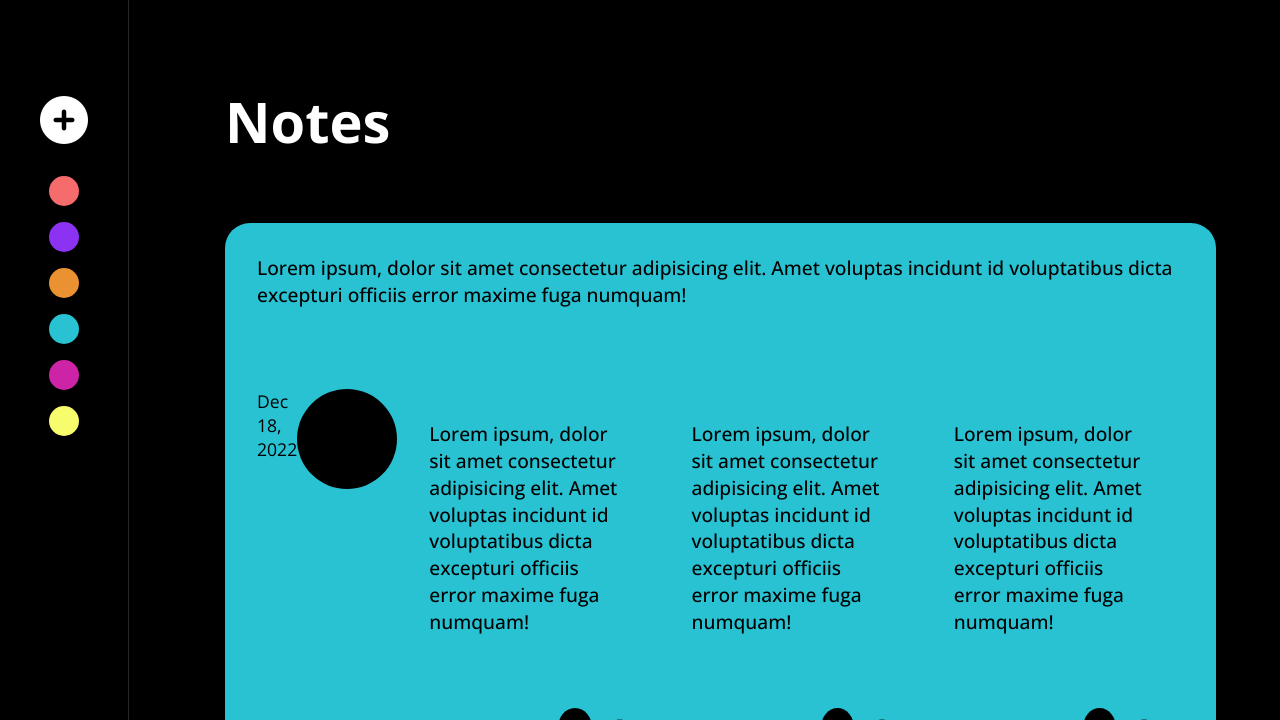
Repository: emiliaiwu/notes_app
Page: index.html
These files come from the project's save history. The page is drawn as it stood at one moment and after the next save; the edit follows.
The browser window is 1280 px wide. The pictures show the whole page.
An inner scrolling area shows only its first screen. Some web libraries are served in a nearby version.

Above is the page before, as saved 2022-12-19 23:43:51.

After the next save:
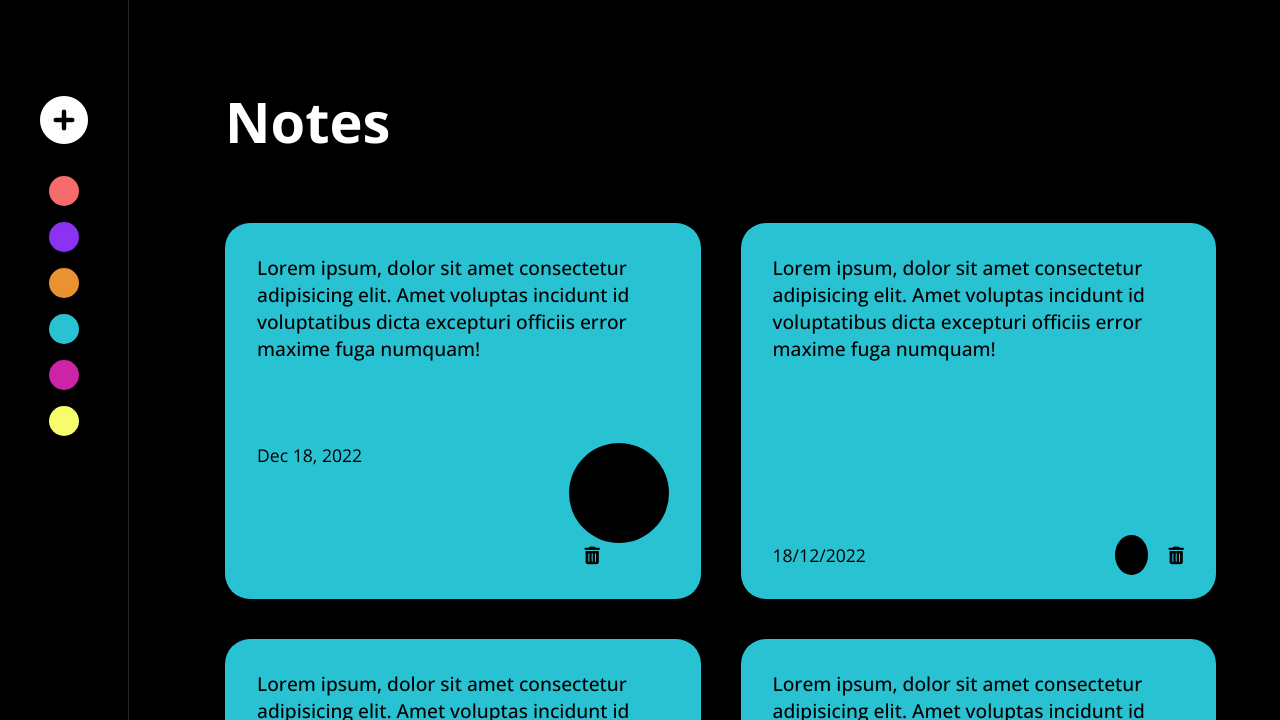
Saved 4 s later.
--- a/index.html
+++ b/index.html
@@ -32,7 +32,7 @@
                     <span class="footer close">
                         <small class="date">Dec 18, 2022</small>
                         <div>
-                           <div class="edit"><i class="fa-solid fa-pen"></i></small>
+                           <div class="edit"><i class="fa-solid fa-pen"></i></div>
                            <small class="delete"><i class="fa-solid fa-trash-can"></i></small>
                         </div>
                     </span>

After the save that followed:
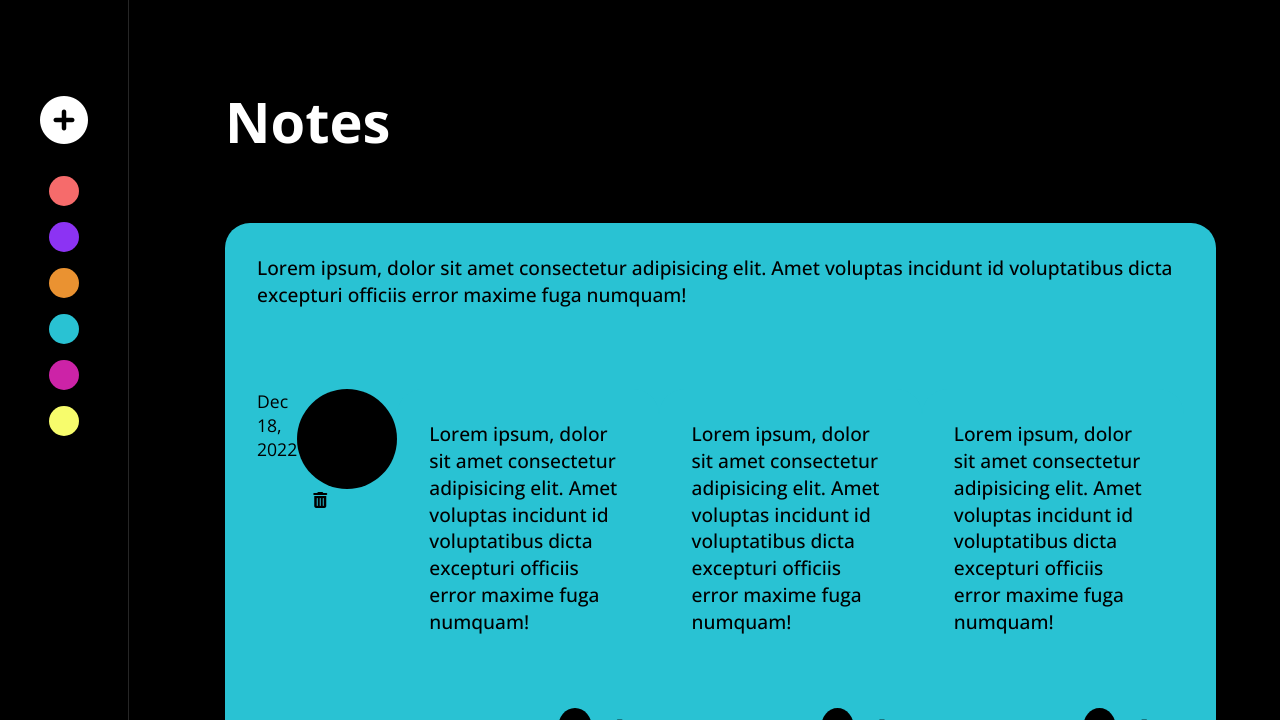
Saved 15 s later.
--- a/index.html
+++ b/index.html
@@ -33,7 +33,7 @@
                         <small class="date">Dec 18, 2022</small>
                         <div>
                            <div class="edit"><i class="fa-solid fa-pen"></i></div>
-                           <small class="delete"><i class="fa-solid fa-trash-can"></i></small>
+                           <div class="delete"><i class="fa-solid fa-trash-can"></i></small>
                         </div>
                     </span>
                     <span class="footer open">
